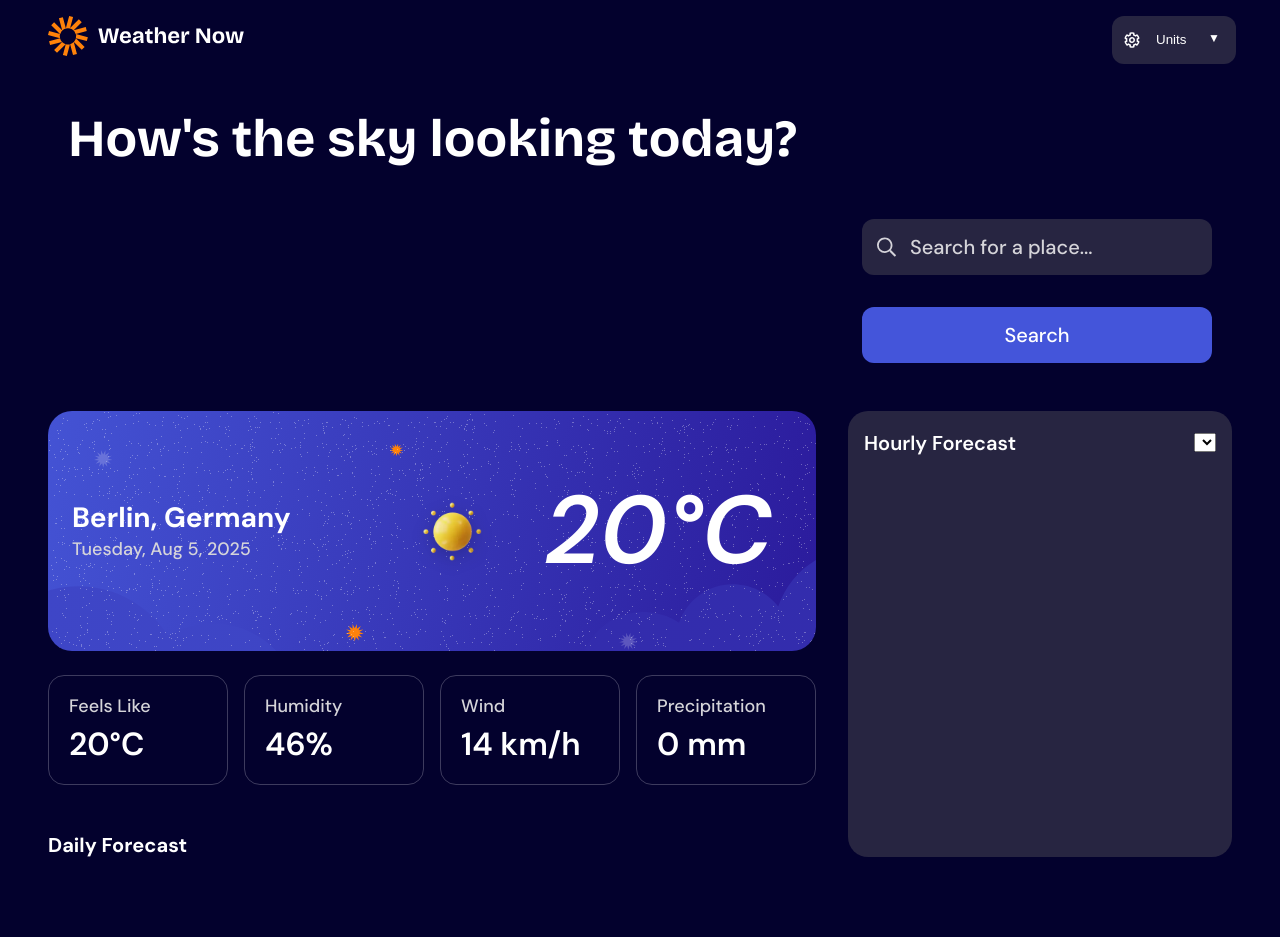
Repository: MKwaak/weather-app-main
Page: index.html
An editor plug-in stored every save of this project. The page is shown before and after the next save, followed by the edit.
The browser window is 1280 px wide. The pictures show the whole page.
The page's requests for data from a server got no answer.

Above is the page before, as saved 2026-01-31 01:34:18.

After the next save:
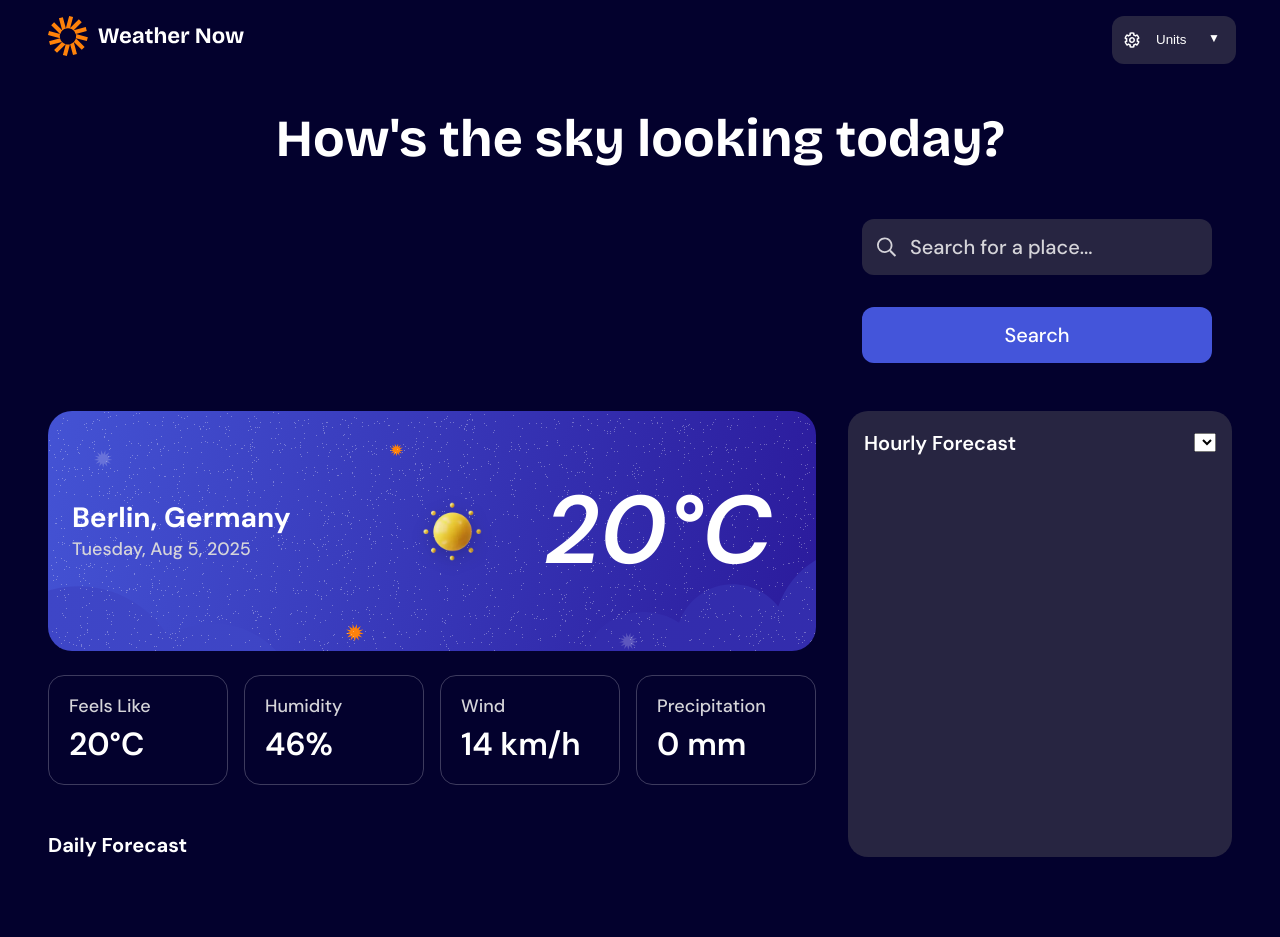
Saved 100 s later.
--- a/style.css
+++ b/style.css
@@ -310,25 +310,22 @@
 }
 
 .hero__content {
-  display: flex;
-  flex-direction: column; /* Titel boven, Form onder */
-  align-items: flex-start; /* Zorgt dat alles netjes links begint */
+  display: grid;
+  /* Matcht exact met je dashboard */
+  grid-template-columns: 1fr 350px;
+  column-gap: 32px;
+
   width: 100%;
-  max-width: calc(1184 / 16 * 1rem); /* Moet matchen met .dashboard */
+  max-width: calc(1184 / 16 * 1rem);
   margin: 0 auto;
   padding: 48px 20px 24px;
-
-  /* DIT IS DE MATCH: Gebruik dezelfde kolommen als je dashboard */
-  grid-template-columns: 1fr 350px;
-  column-gap: 32px;
-  /* Zorg dat de breedte exact hetzelfde is als je dashboard */
-  padding-block-start: 48px;
-  padding-inline: 20px; /* Zorg dat deze padding matcht met die van je dashboard! */
   box-sizing: border-box;
-  justify-items: stretch; /* Dwingt kinderen om breedte te pakken */
 }
 
 .hero__title {
+  /* Zorgt dat de titel niet in de linkerkolom gepropt wordt,
+  maar over de hele breedte (beide kolommen) loopt */
+  grid-column: 1 / -1;
   margin-bottom: 24px; /* Ruimte tussen tekst en zoekveld */
   font-size: var(--font-size-h1);
   margin-block-end: 48px;
@@ -342,6 +339,8 @@
 
 /* Hero search container */
 .hero__search {
+  /* De form gedraagt zich als een 'sub-container' */
+  grid-column: 1 / -1;
   display: grid;
   grid-template-columns: 1fr 350px;
   column-gap: 32px;
